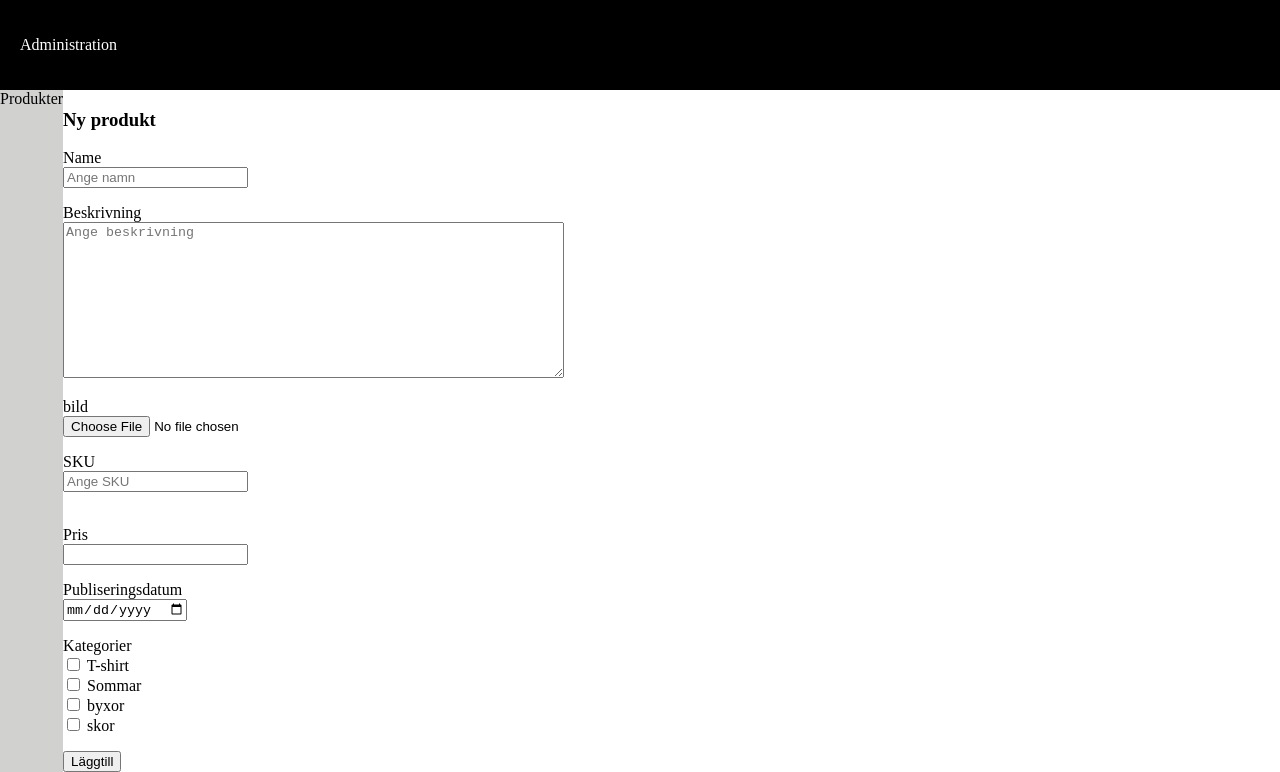
Repository: Kalle1995/project
Page: Nyproduckt.html
An editor plug-in stored every save of this project. The page is shown before and after the next save, followed by the edit.
The browser window is 1280 px wide. The pictures show the whole page.

Above is the page before, as saved 2024-10-06 21:08:05.

### Nyproduckt.html
<!DOCTYPE html>
<html lang="sv">

<head>
    <meta charset="UTF-8">
    <meta name="viewport" content="width=device-width, initial-scale=1.0">
    <title>Nyprodukt</title>
    <link rel="stylesheet" href="main.css">
</head>

<body>
    <header class="AD">
        <p>
            Administration
        </p>
    </header>

    <main class="AD-main">
        <aside class="PR">
            <p>Produkter</p>
        </aside>

        <section class="AD-section">
            <form action="#"></form>
                <h3>
                    Ny produkt
                </h3>
                <div>
                    <p>
                        <label for="name">Name</label> <br>
                        <input type="text" name="fullName" id="fullName" placeholder="Ange namn" required="true">
                    </p>
                </div>

                <p>
                    <label for="massage">Beskrivning</label> <br>
                    <textarea name="message" id="message" cols="60" rows="10" placeholder="Ange beskrivning"></textarea>
                </p>
                <p>
                    <label for="Pic">bild</label> <br>
                    <input type="file" required="true" accept="image/*">
                </p>
                <p>
                    <label for="sku">SKU</label><br>
                    <input type="text" id="sku" name="sku" required pattern="[A-Za-z]{3}[0-9]{3}" title="AAA111"
                        placeholder="Ange SKU"><br><br>

                </p>
                <p>
                    <label for="Pris">Pris</label> <br>
                    <input type="number">
                </p>
                <p>
                    <label for="data">Publiseringsdatum</label> <br>
                    <input type="date" name="data" id="data">
                </p>

                <p>
                    <label for="Kategorier">Kategorier</label> <br>
                    <input type="checkbox">
                    <label for="T-shirt">T-shirt</label><br>
                    <input type="checkbox">
                    <label for="Sommar">Sommar</label><br>
                    <input type="checkbox">
                    <label for="byxor">byxor</label><br>
                    <input type="checkbox">
                    <label for="skor">skor</label>
                </p>

                <div class="läggTill">
                    <button name="läggTill" type="submit" value="">Läggtill</button>
                </div>
            </form>
        </section>
    </main>
</body>
</html>

### main.css
body {
    margin: 0;
    padding: 0;
    font-size: 2em;
    display: grid;
}


.head-title {
    text-align: center;
}

.products {
    display: grid;
    gap: 15px;
}

ul {
    list-style-type: none;
    margin: 0;
    padding: 0;

}

.search {
    border: 2px solid gray;
    border-radius: 12px;
    padding: 5px;
    display: inline;
    background-image: url(bilder/search.png);
    background-repeat: no-repeat;
    background-position: 4px;
    padding-left: 25px;

}

.NavList {
    padding-bottom: 10px;
    padding-top: 10px;

}

.hide-on-mobile {
    display: none;
}

.nav-list-item {
    a {
        text-decoration: none;
    }
}

.product {
    position: relative;
}

.product-icon {
    right: 20px;
    bottom: 80px;
    position: absolute;
}

.product-pic {
    width: 100%;
    height: auto;
}

.head {
    display: flex;
    flex-direction: column;
}

.head-image {
    width: 100%;
}

.wholeHead {
    display: flex;
    flex-direction: row;
}

.searchAndIcons {
    width: 100%;
    display: flex;
    flex-direction: row;
    margin: auto 0 auto 20px;
}

.search {
    height: 30px;
    width: 100%;
    max-width: 400px;
    margin-right: 10px;
}

.headIcons {
    display: flex;
    gap: 10px;
    margin-right: 0;
    margin-left: auto;

    img {
        height: 30px;
    }
}

.icon {
    width: 300px;
}

.small-footer {
    display: none;
}

header {
    padding: 20px;
}

main {
    padding: 20px;
}


@media (max-width: 640px) {
    .mid {
        position: relative;
        display: block;
        font-size: medium;
    }

    li {
        margin-bottom: 3px;
    }

    .icon {
        width: 100%;
    }

    .wholeHead {
        flex-direction: column;
    }

    .search {
        height: 35px;
        width: 100%;
        max-width: 400px;
    }

    .headIcons {
        img {
            height: 35px;
        }
    }

    .searchAndIcons {
        margin-top: 10px;
        margin-left: 0;
    }

    .small-footer {
        display: block;
    }

    .normal-footer {
        display: none;
    }
}

@media (min-width: 640px) {
    .products {
        grid-template-columns: repeat(2, 1fr);
    }

    .mid {
        position: relative;
        display: block;
        font-size: large;
    }

    li {
        display: inline;
        margin-right: 5px;
    }
}

body {
    font-size: 1.5em;
}

@media (min-width: 1024px) {
    .products {
        grid-template-columns: repeat(4, 1fr);
    }

    body {
        font-size: 1em;
    }

    .listan {
        display: flex;
    }

    li {
        display: inline;
        margin-right: 5px;
    }

    .hide-on-mobile {
        display: inline-block;
    }

    .head {
        flex-direction: row-reverse;
    }
}





/*
    @media (max-width:1024px) {
        .ejnav {
            display: none;
        }

      }
*/



/*
      @media print {
        body {
            font-size: 4em;
        }
        img {
            display: none;
        }
      }
*/



/*
här för Nyproduckt sidan
*/


.slide-item {
    display: flex;
    flex-direction: row;
    gap: 20px
}

.slide-image {
    width: 32%;
    margin: auto;
}

header>h3 {
    position: absolute;
    left: 10px;
    bottom: auto;
}

.vänster {
    display: grid;
    grid-template-rows: 100%;
    background-color: gray;
}

.w-100 {
    width: 100%;
}

.liggTill {
    hero-text button: hover
}


/*
kassa sidan
*/

.kassa {
    text-align: center;

}






.buy>button {
    display: grid;
    align-items: center;
    width: 80px;
    height: 30px;
    background-color: rgb(255, 255, 255);
    margin-left: 50%;
    font-weight: bold;
    border-radius: 10px;

}



.custom.btn-success {
    color: red;
}

.no-space {
    margin: 0;
    padding: 0;
    border: none;
    border-top: 1px solid black;
    /* Valfri färg eller stil på linjen */
}

.normal-footer {
    padding: 15px;
    background-color: rgb(207, 206, 206)
}

.list-container {
    display: inline-flex;
    justify-content: space-between;
    /* Ser till att listorna sprids ut jämnt */
    gap: 150px;
    /* Mellanrum mellan listorna */
}

.list {
    flex: 1;
    /* Gör att listorna tar upp lika mycket plats */
    padding-left: 15px;
}

.list h3 {
    margin-bottom: 20px;
}

.list li {
    list-style-type: none;
    /* ingen punkter i listan */
    padding: 0;
}

.list li ul {
    margin-bottom: 10px;
}




/*
Administration
*/

.AD {
    background-color: black;
    color: white;
}

.AD-main {
    padding: 0;
    display: flex;
    flex-direction: row;
}

.PR {
    background-color: rgb(209, 209, 208);
    height: 100%;
    padding: 0;;

    p {
        margin: 0;
    }
}

.AR {
    position: relative;
    ;
    left: 200px;
    top: -40px;

}













/*

.Company{
    text-align: center;
    bottom: auto;
}

After the next save:
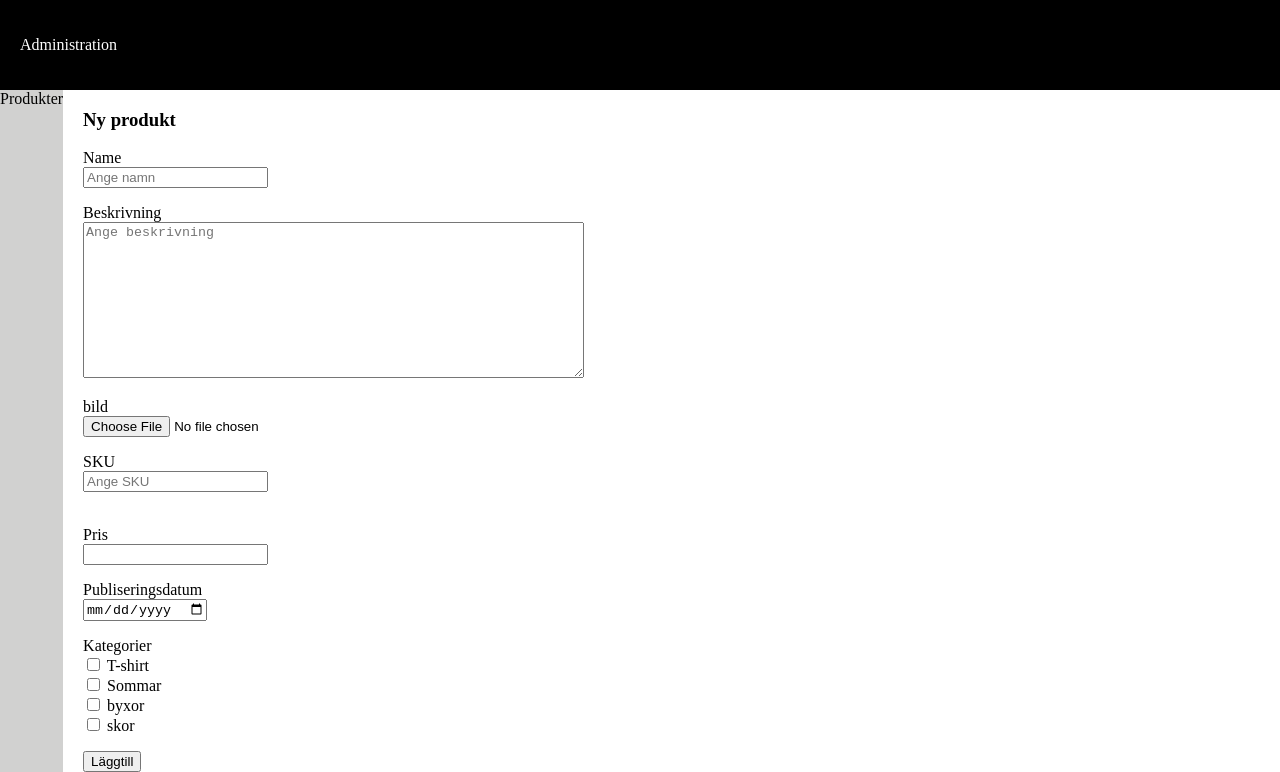
Saved 9 s later.
--- a/main.css
+++ b/main.css
@@ -380,6 +380,10 @@ Administration
     }
 }
 
+.AD-section {
+    margin-left: 20px;
+}
+
 .AR {
     position: relative;
     ;
